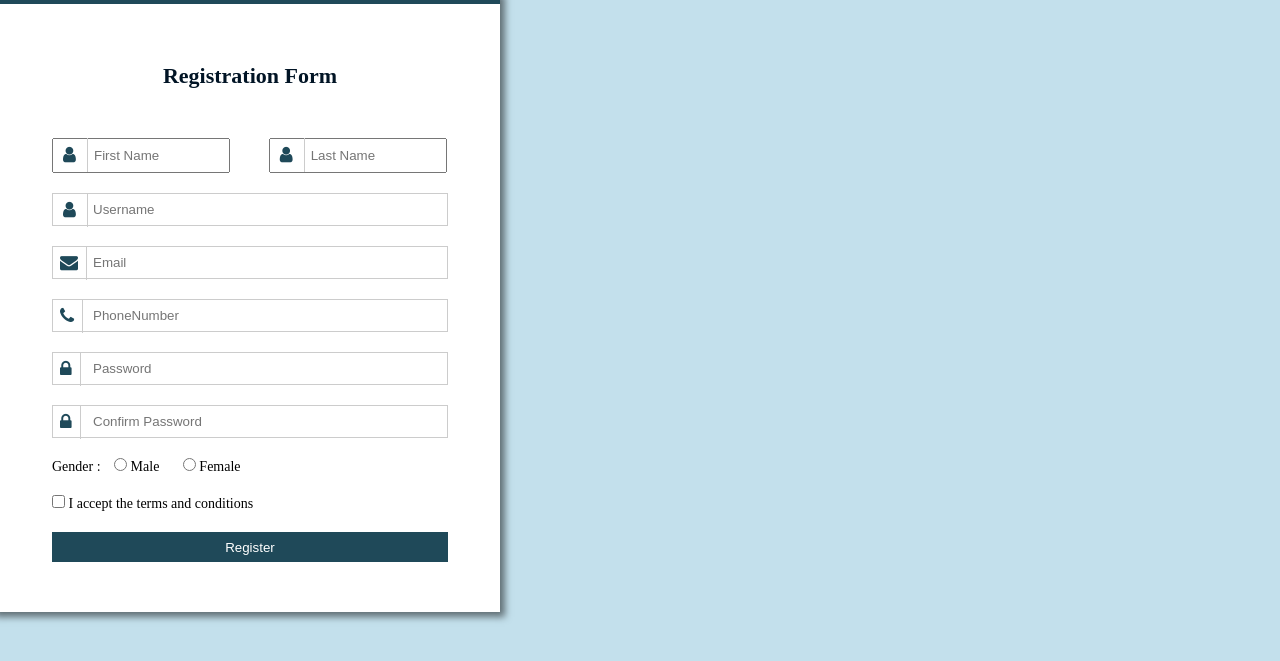
Repository: sampanna17/javabackup
Page: http://localhost/EvoX_CW/pages/register.jsp
The author's editor kept a copy of each file at every save. The page is drawn from the files as they stood at one save, then again after the next save.
The browser window is 1280 px wide. The pictures show the whole page.
The page is served by Tomcat 9.

Above is the page before, as saved 2024-05-05 11:42:45.

After the next save:
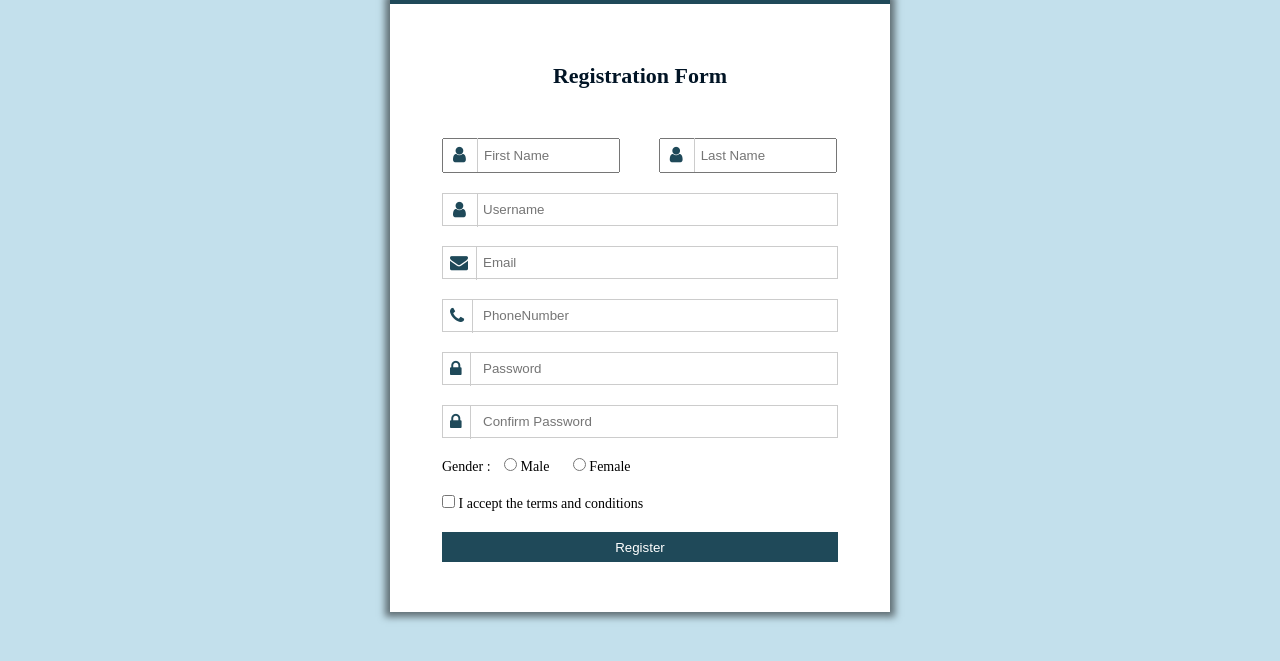
Saved 6 s later.
--- a/EvoX_CW/src/main/webapp/stylesheets/register.css
+++ b/EvoX_CW/src/main/webapp/stylesheets/register.css
@@ -14,7 +14,7 @@
     background-color: white;
     width:500px;
     padding: 30px;
-    margin: 0;
+    margin: auto;
     border-top: 4px solid#1F4959;
     box-shadow: 0 0 7px 5px rgba(0, 0, 0, 0.5);
 }

After the save that followed:
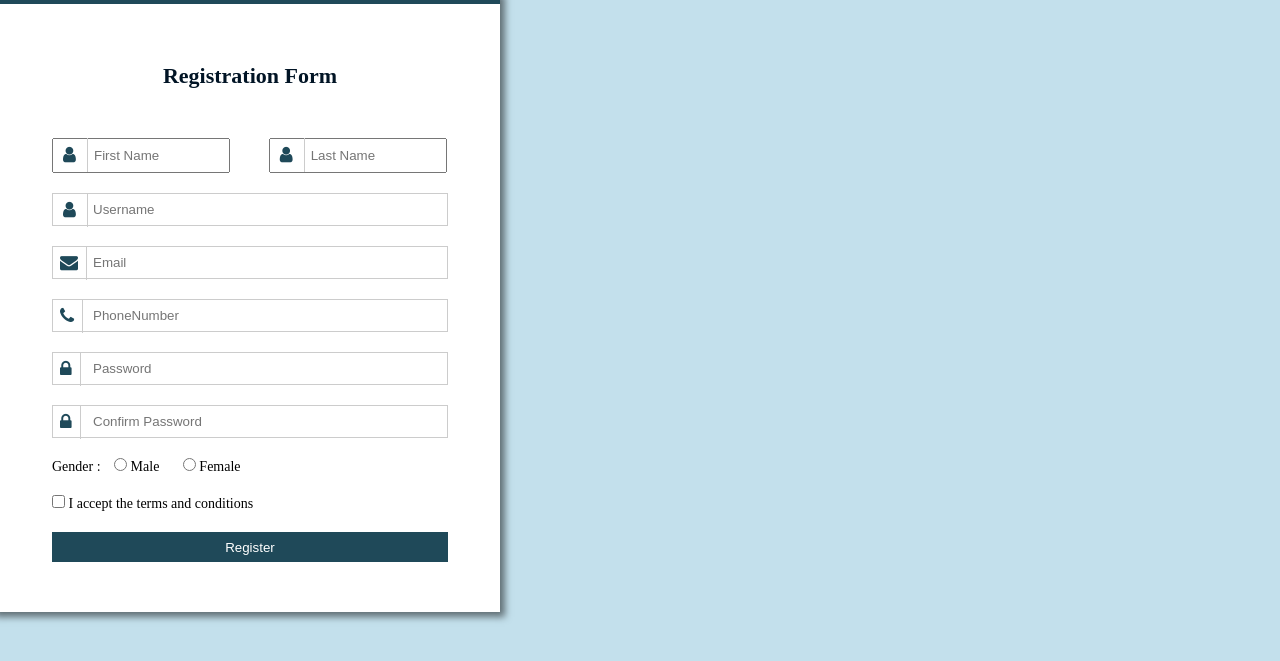
Saved 6 s later.
--- a/EvoX_CW/src/main/webapp/stylesheets/register.css
+++ b/EvoX_CW/src/main/webapp/stylesheets/register.css
@@ -14,7 +14,7 @@
     background-color: white;
     width:500px;
     padding: 30px;
-    margin: auto;
+    margin: center;
     border-top: 4px solid#1F4959;
     box-shadow: 0 0 7px 5px rgba(0, 0, 0, 0.5);
 }
